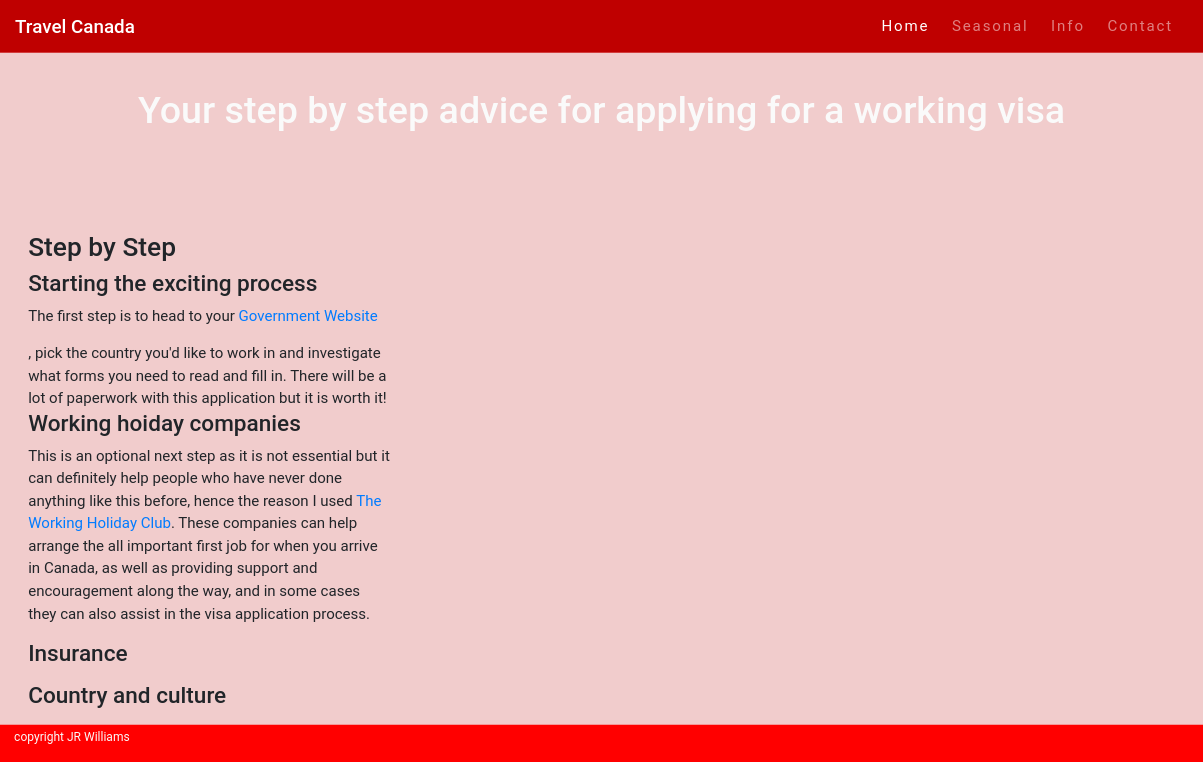
Repository: JonWil91/Travel-Canada
Page: info.html
The author's editor kept a record of every edit. The page is drawn from the files as they stood at one moment, then again after the next edit.
The browser window is 1280 px wide. The pictures show the whole page, at 94% of full size.
Some web libraries are served in a nearby version.

Above is the page before.

After the next edit:
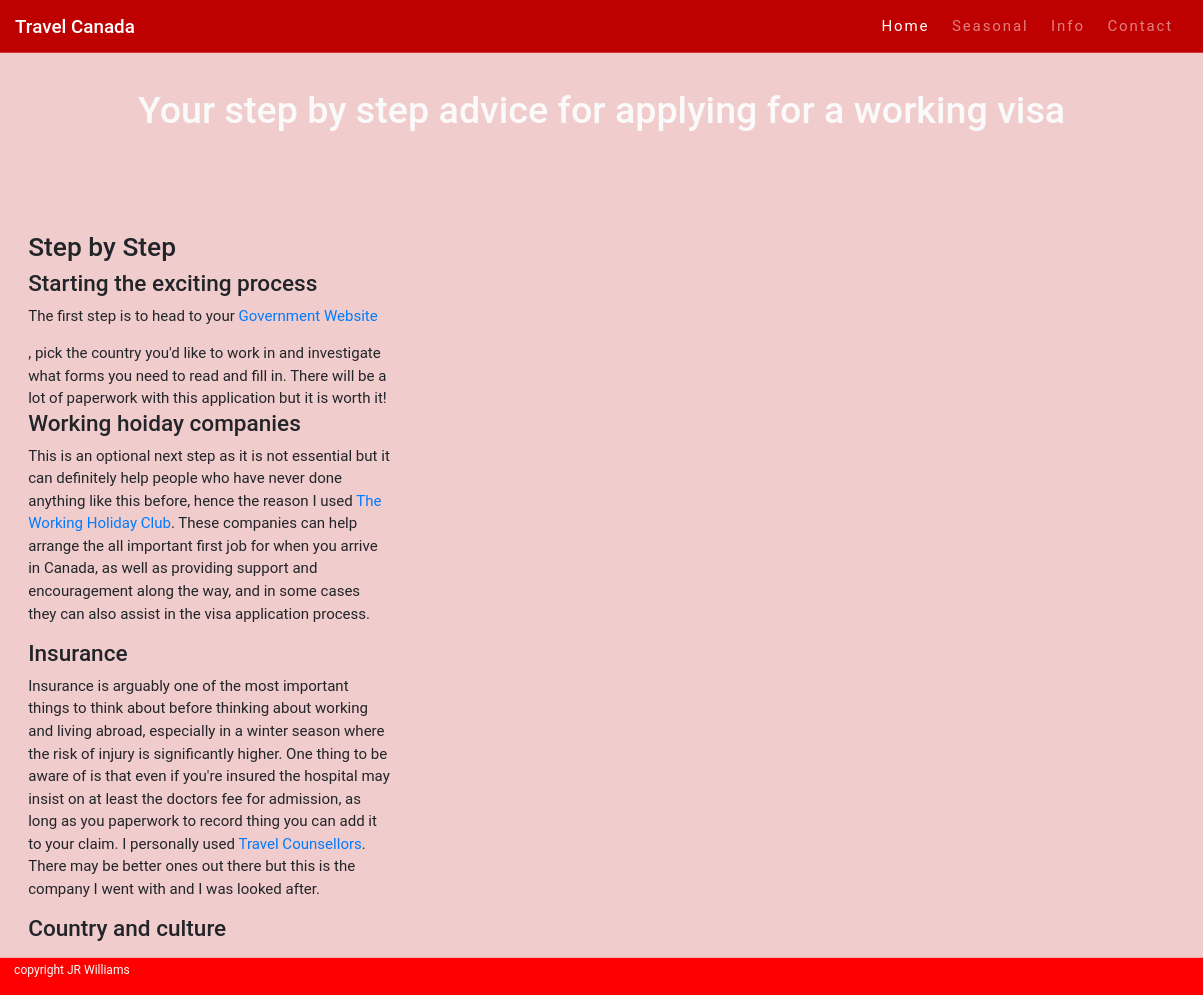
The edit:
--- a/info.html
+++ b/info.html
@@ -60,18 +60,20 @@
                 <div class="history-items">
                     <div class="timeline-item">
                         <h4>Starting the exciting process</h4>
-                        <p>The first step is to head to your <a href="https://www.gov.uk/foreign-travel-advice/canada/entry-requirements" target="_blank">Government Website</a></p>,
-                        pick the country you'd like to work in and investigate what forms you need to read and fill in. There will be a lot of paperwork with this application but it is worth it!
+                        <p>The first step is to head to your <a href="https://www.gov.uk/foreign-travel-advice/canada/entry-requirements" target="_blank">Government Website</a></p>, pick the country you'd like to work in and investigate what forms you need
+                        to read and fill in. There will be a lot of paperwork with this application but it is worth it!
                     </div>
                     <div class="timeline-item">
                         <h4>Working hoiday companies</h4>
                         <p>This is an optional next step as it is not essential but it can definitely help people who have never done anything like this before, hence the reason I used
-                        <a href="https://www.theworkingholidayclub.com/canada/" target="_blank">The Working Holiday Club</a>. These companies can help arrange the all important first job for when you arrive
-                        in Canada, as well as providing support and encouragement along the way, and in some cases they can also assist in the visa application process.</p>
+                            <a href="https://www.theworkingholidayclub.com/canada/" target="_blank">The Working Holiday Club</a>. These companies can help arrange the all important first job for when you arrive in Canada, as well as providing support
+                            and encouragement along the way, and in some cases they can also assist in the visa application process.</p>
                     </div>
                     <div class="timeline-item">
                         <h4>Insurance</h4>
-                        <p></p>
+                        <p>Insurance is arguably one of the most important things to think about before thinking about working and living abroad, especially in a winter season where the risk of injury is significantly higher. One thing to be aware of is
+                            that even if you're insured the hospital may insist on at least the doctors fee for admission, as long as you paperwork to record thing you can add it to your claim. I personally used <a href="https://www.travelcounsellors.co.uk/gb/leisure"
+                                target="_blank">Travel Counsellors</a>. There may be better ones out there but this is the company I went with and I was looked after.</p>
                     </div>
                     <div class="timeline-item">
                         <h4>Country and culture</h4>
